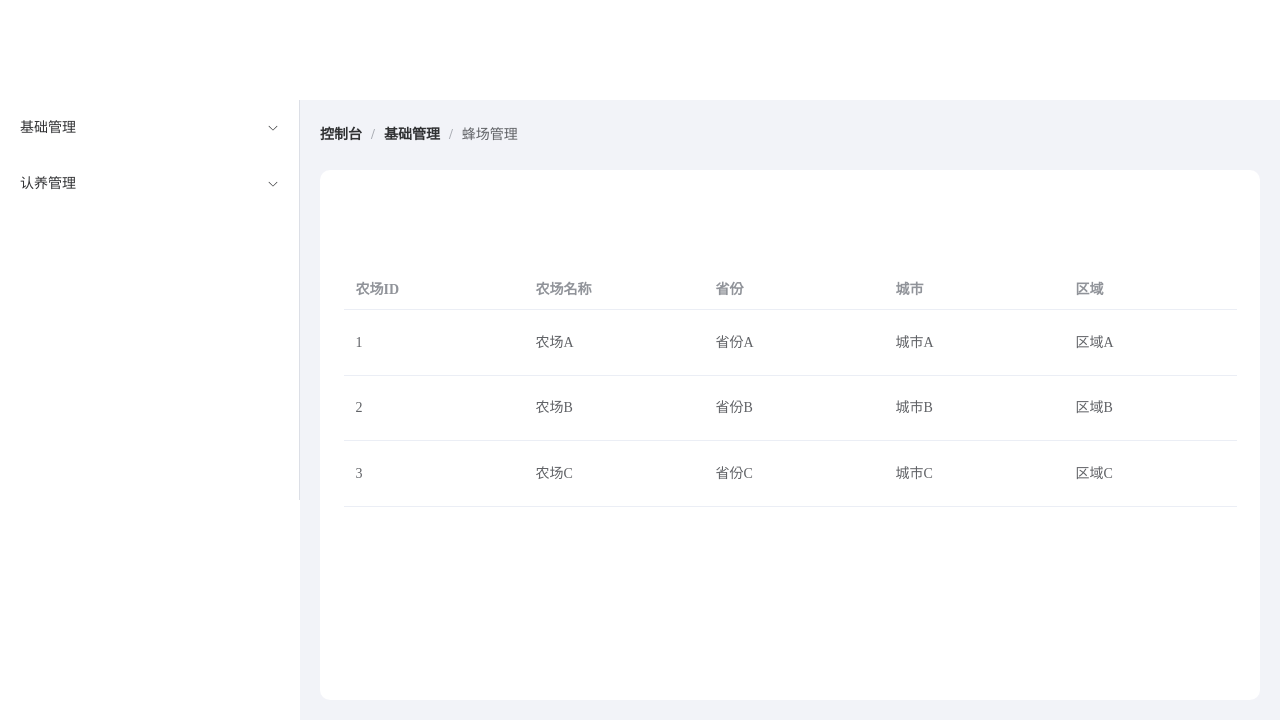
Repository: secret47/test-office-demo
Page: /dashboard/basic/farm
The author's editor kept a copy of each file at every save. The page is drawn from the files as they stood at one save, then again after the next save.
The browser window is 1280 px wide. The pictures show the whole page.
The project was rebuilt for these pictures with package versions that can differ from the ones it lists, and the page was loaded fresh each time. Also part of the build but not shown: vite.config.js.

Above is the page before, as saved 2024-10-29 10:54:45.

After the next save:
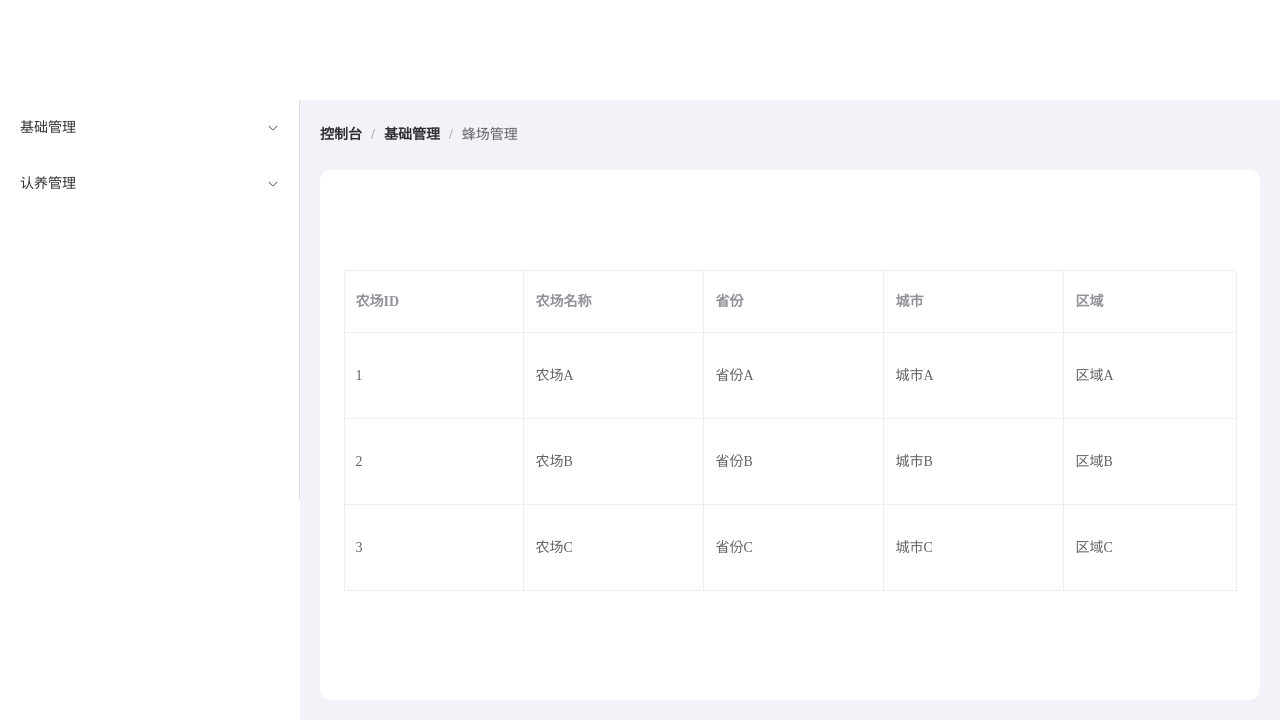
Saved 2 min 43 s later.
--- a/src/views/dashboard/basic/farm/index.vue
+++ b/src/views/dashboard/basic/farm/index.vue
@@ -4,7 +4,7 @@
 
         </div>
         <div class="list">
-            <el-table bordered :data="farmList"> <el-table-column prop="farmId" label="农场ID" width="180"></el-table-column>
+            <el-table border :data="farmList"> <el-table-column prop="farmId" label="农场ID" width="180"></el-table-column>
             <el-table-column prop="farmName" label="农场名称" width="180"></el-table-column>
             <el-table-column prop="provice" label="省份" width="180"></el-table-column>
             <el-table-column prop="city" label="城市" width="180"></el-table-column>
